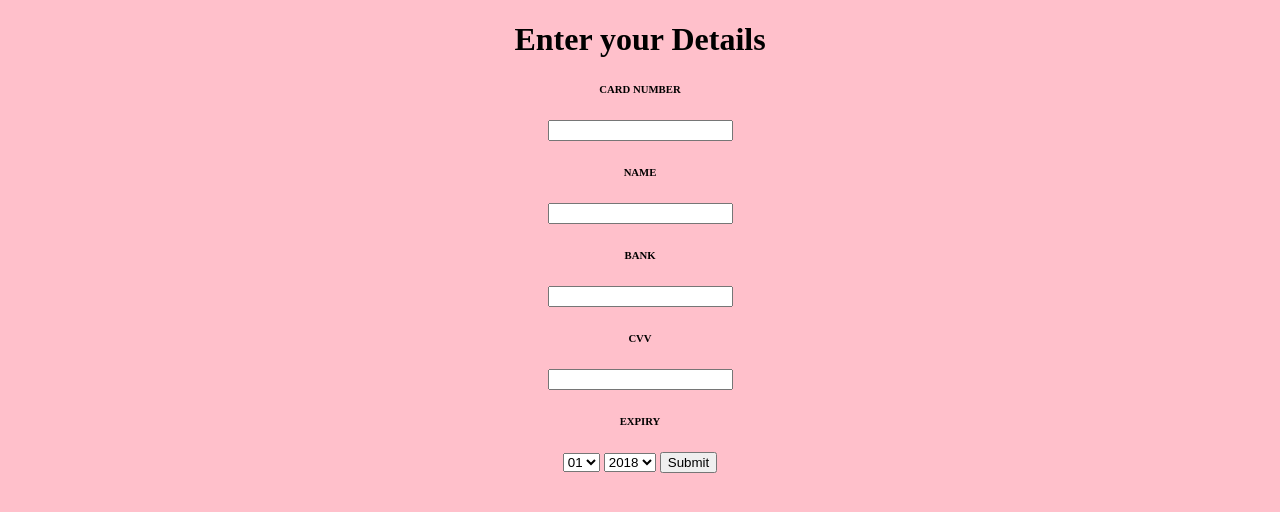
Repository: MalykaK/servlets
Page: CreditCard/WebContent/creditcard.html
These files come from the project's save history. The page is drawn as it stood at one moment and after the next save; the edit follows.
The browser window is 1280 px wide. The pictures show the whole page.

Above is the page before, as saved 2018-09-06 09:37:08.

After the next save:
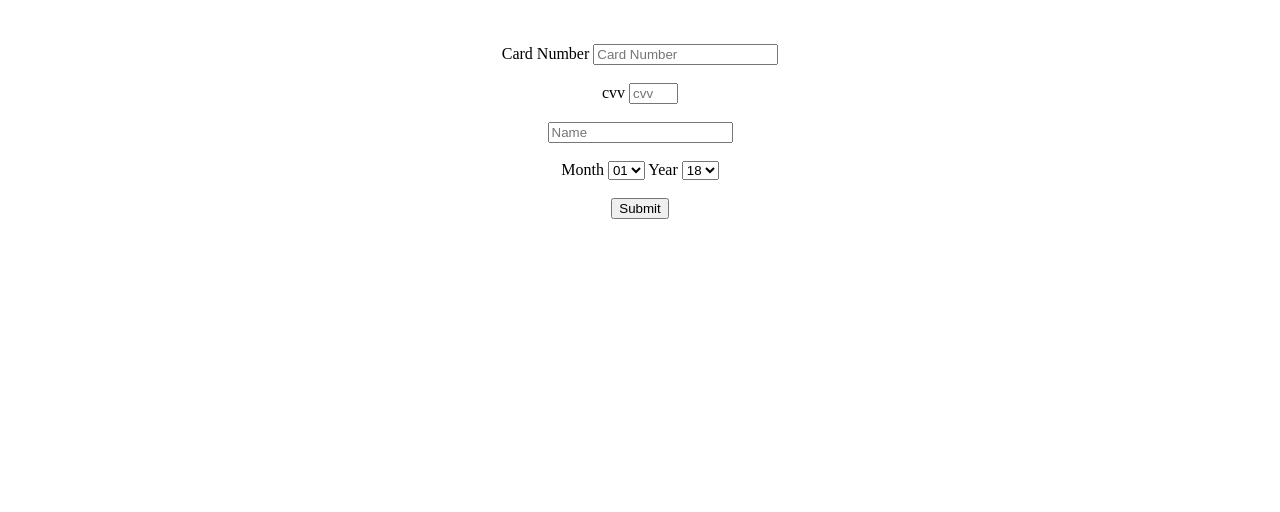
Saved 3 min 48 s later.
--- a/CreditCard/WebContent/creditcard.html
+++ b/CreditCard/WebContent/creditcard.html
@@ -4,47 +4,42 @@
 <meta charset="ISO-8859-1">
 <title>Insert title here</title>
 </head>
-<body bgcolor='pink'>
-
-	<form align='center' action="credit" method="post">
-
-			<h1>Enter your Details</h1>
-
-
-			<H6>CARD NUMBER</H6>
-			<input type="number" name="number" maxlength='16'>
-			<H6>NAME</H6>
-			<input type="text" name="name" required>
-			<H6>BANK</H6>
-			<input type="text" name="bank" required>
-			<H6>CVV</H6>
-			<input type="password" name="cvv" required maxlength='3'>
-			<H6>EXPIRY</H6>
-
-			<select name="month">
-				<option value="01">01</option>
-				<option value="02">02</option>
-				<option value="03">03</option>
-				<option value="04">04</option>
-				<option value="05">05</option>
-				<option value="06">06</option>
-				<option value="07">07</option>
-				<option value="08">08</option>
-				<option value="09">09</option>
-				<option value="10">10</option>
-				<option value="11">11</option>
-				<option value="12">12</option>
-			</select>
-			<select name="year">
-				<option value="2018">2018</option>
-				<option value="2019">2019</option>
-				<option value="2020">2020</option>
-				<option value="2021">2021</option>
-				<option value="2022">2022</option>
-			</select>
-			<input type="submit">
-
+<body>
+	<form align="center" action="credit" method="post">
+	<br><br>
+	<label>Card Number</label>
+		<input type="text" required name="cardnumber" placeholder="Card Number" required maxlength="16">
+<br><br><label>cvv</label>
+		<input type="password" required placeholder="cvv" name="cvv" size=3 maxlength="3"><br><br> <input
+			type="text" required name="username" placeholder="Name"><br> <br>
+			<label>Month</label>
+			<select
+			name="mm">
+			<option value="1">01</option>
+			<option value="2">02</option>
+			<option value="3">03</option>
+			<option value="4">04</option>
+			<option value="5">05</option>
+			<option value="6">06</option>
+			<option value="7">07</option>
+			<option value="8">08</option>
+			<option value="9">09</option>
+			<option value="10">10</option>
+			<option value="11">11</option>
+			<option value="12">12</option>
+		</select>
+		<label>Year</label>
+		 <select name="yyyy">
+			<option value="18">18</option>
+			<option value="19">19</option>
+			<option value="20">20</option>
+			<option value="21">21</option>
+			<option value="22">22</option>
+			<option value="23">23</option>
+			<option value="24">24</option>
+		</select>
+		<br><br>
+		<button type="submit">Submit</button>
 	</form>
-
 </body>
 </html>
